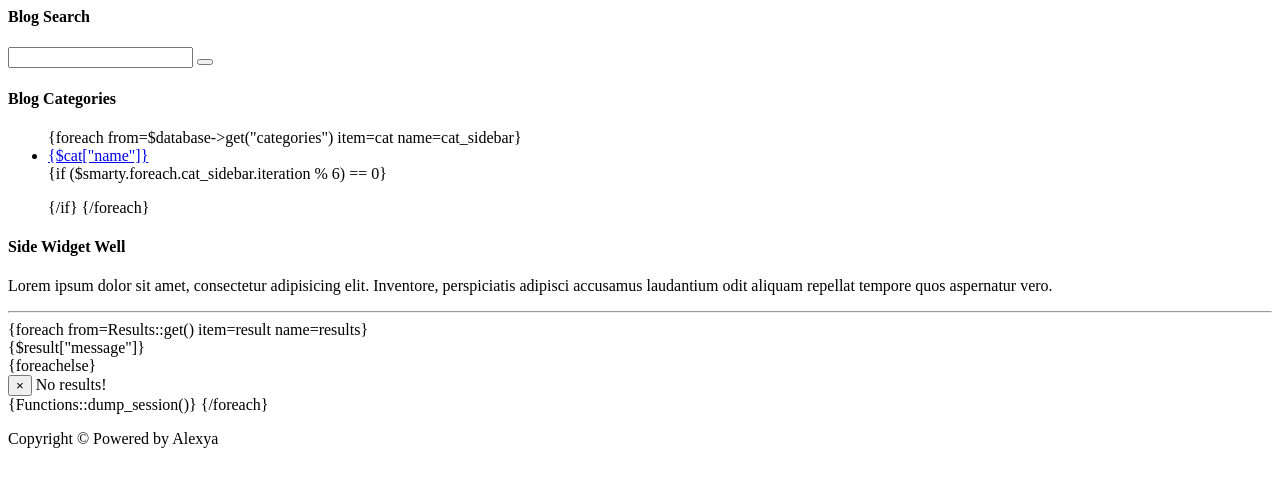
Repository: krypticdestro/alexya_cms
Page: themes/alexya/includes/foot.html
The author's editor kept a record of every edit. The page is drawn from the files as they stood at one moment, then again after the next edit.
The browser window is 1280 px wide. The pictures show the whole page.

Above is the page before.

After the next edit:
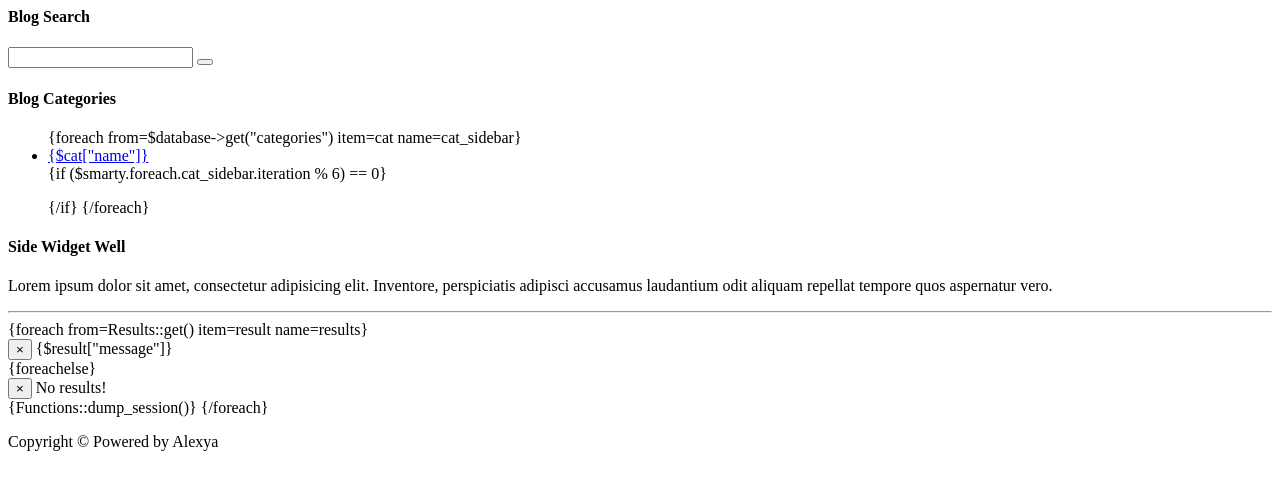
The edit:
--- a/themes/alexya/includes/foot.html
+++ b/themes/alexya/includes/foot.html
@@ -46,7 +46,11 @@
 				<div class="row">
 					<div class="col-lg-12">
 				{foreach from=Results::get() item=result name=results}
-						<div class="alert alert-{$result["result"]} alert-dismissible">{$result["message"]}</div>
+						<div class="alert alert-{$result["result"]} alert-dismissible">
+
+  <button type="button" class="close" data-dismiss="alert">&times;</button>
+  							{$result["message"]}
+  						</div>
 				{foreachelse}
 						<div class="alert alert-info alert-dismissible">
   							<button type="button" class="close" data-dismiss="alert">&times;</button>
